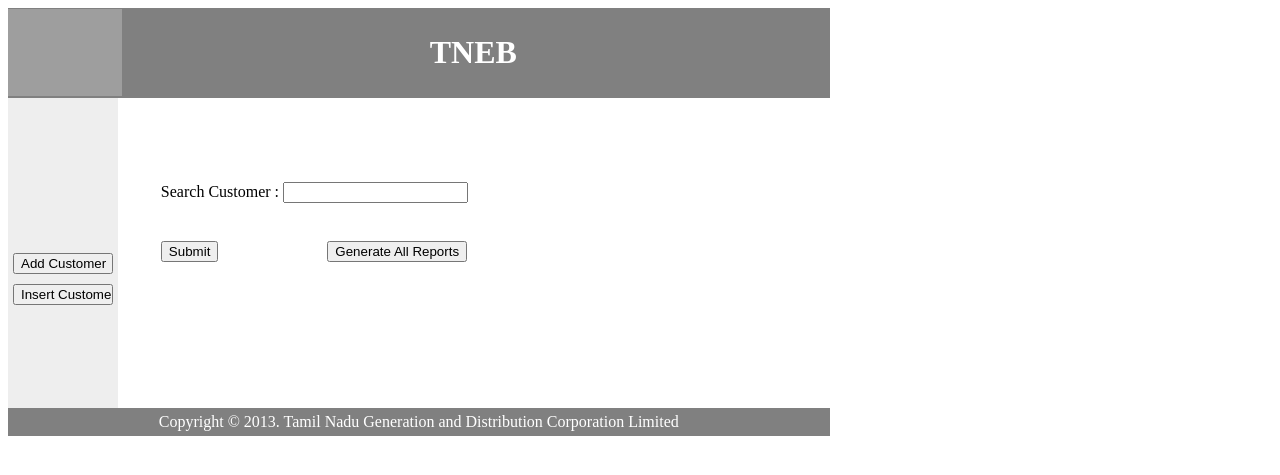
Repository: vjbrocode/Hackathon
Page: http://localhost/TNEB_billing/BillReport.jsp
These files come from the project's save history. The page is drawn as it stood at one moment and after the next save; the edit follows.
The browser window is 1280 px wide. The pictures show the whole page.
Pictures or frames that could not be fetched are drawn as grey boxes. Some web libraries are served in a nearby version. The page is served by Tomcat 9.

Above is the page before, as saved 2015-07-03 01:10:17.

After the next save:
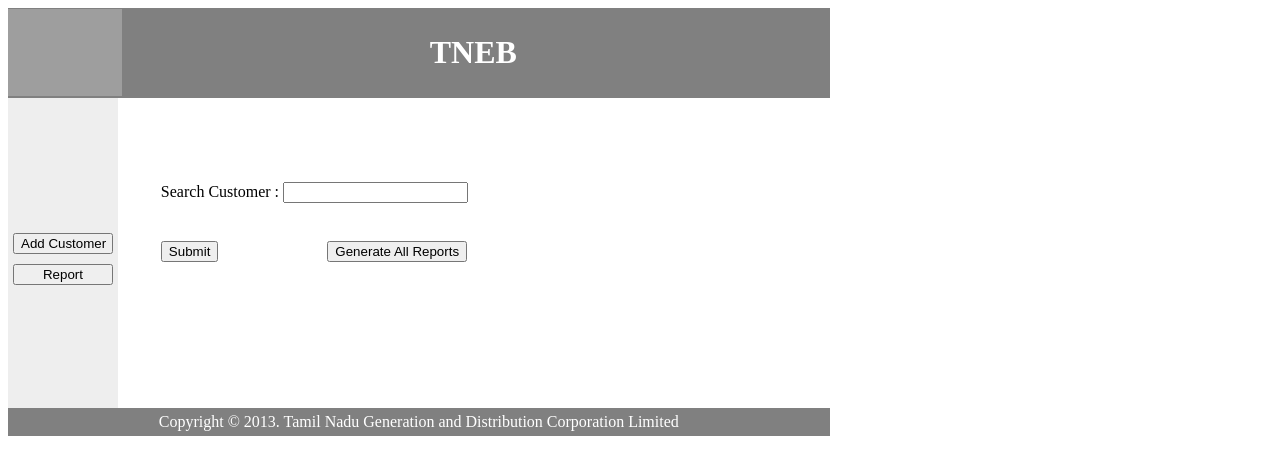
Saved 42 s later.
--- a/workspace-Pradeep/TNEB billing/WebContent/BillReport.jsp
+++ b/workspace-Pradeep/TNEB billing/WebContent/BillReport.jsp
@@ -59,8 +59,8 @@
             <h1>TNEB</h1>
          </div>
          <div id="nav">
-            <input type="button" value="Add Customer" onclick="myfunction();" style="width:100%;margin-top: 150%;">
-            <input type="button" value="Insert Customer" onclick="myReportfun();" style="width:100%; margin-top: 10%;">
+            <input type="button" value="Add Customer" onclick="myfunction();" style="width:100%;margin-top: 130%;">
+            <input type="button" value="Report" onclick="myReportfun();" style="width:100%; margin-top: 10%;">
          </div>
          <div id="section">
              Search Customer : <input type="text" value=""  name="report" />
